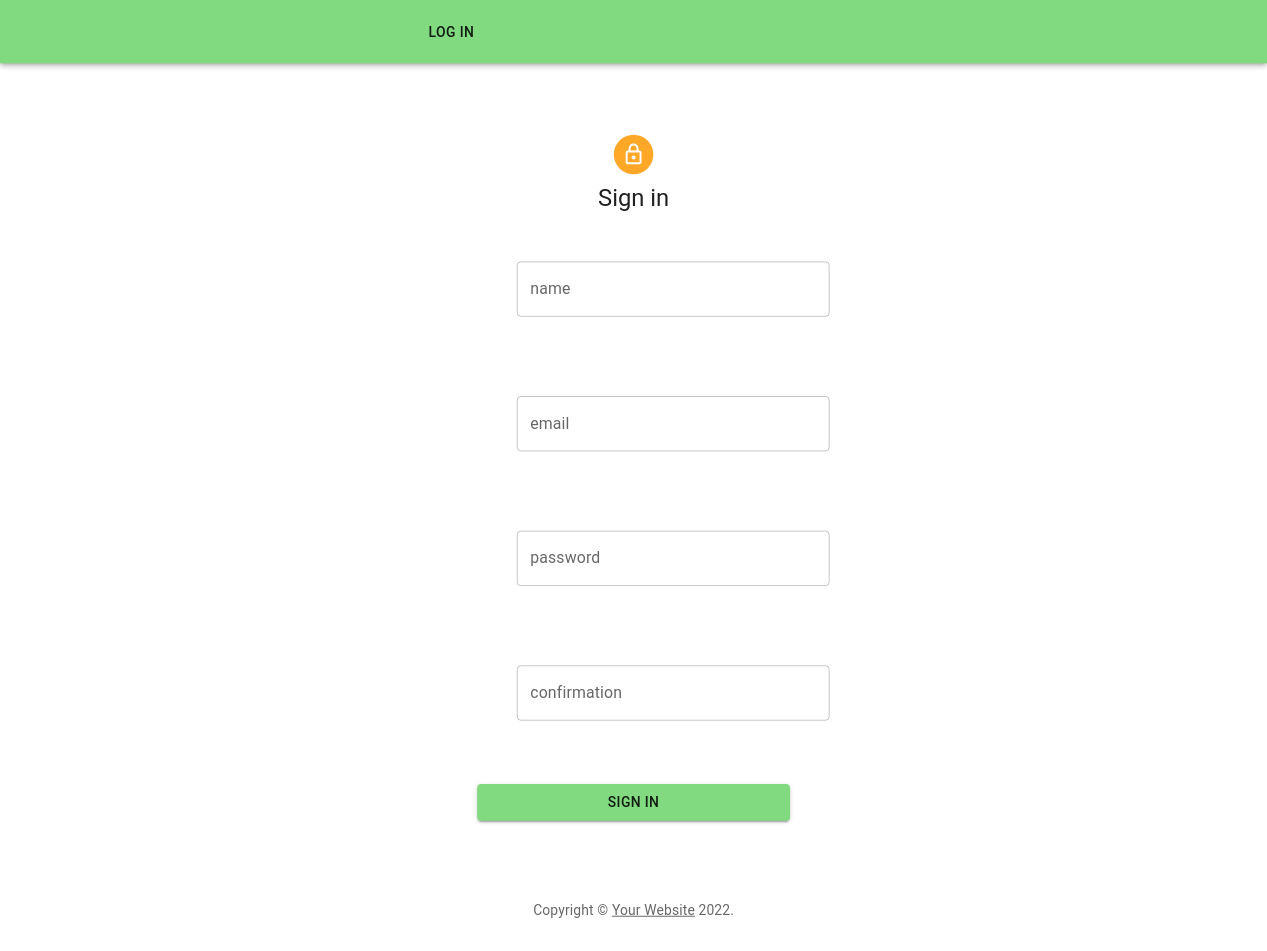
Repository: motohiro0410/motsufood
Page: /signin (app in frontend/)
An editor plug-in stored every save of this project. The page is shown before and after the next save, followed by the edit.
The browser window is 1280 px wide. The pictures show the whole page, at 99% of full size.
The project was rebuilt for these pictures with package versions that can differ from the ones it lists, and the page was loaded fresh each time. Also part of the build but not shown: frontend/src/components/pages/Login.tsx, frontend/src/components/organisms/Footer.tsx, frontend/src/components/organisms/MainHeader.tsx, frontend/src/components/organisms/UserDetailModal.tsx, frontend/src/apis/useCreateCount.ts, frontend/src/components/pages/Count.tsx, frontend/src/components/pages/Money.tsx, frontend/src/components/organisms/GroupHeader.tsx and 8 more.

Above is the page before, as saved 2022-08-21 23:44:27.

After the next save:
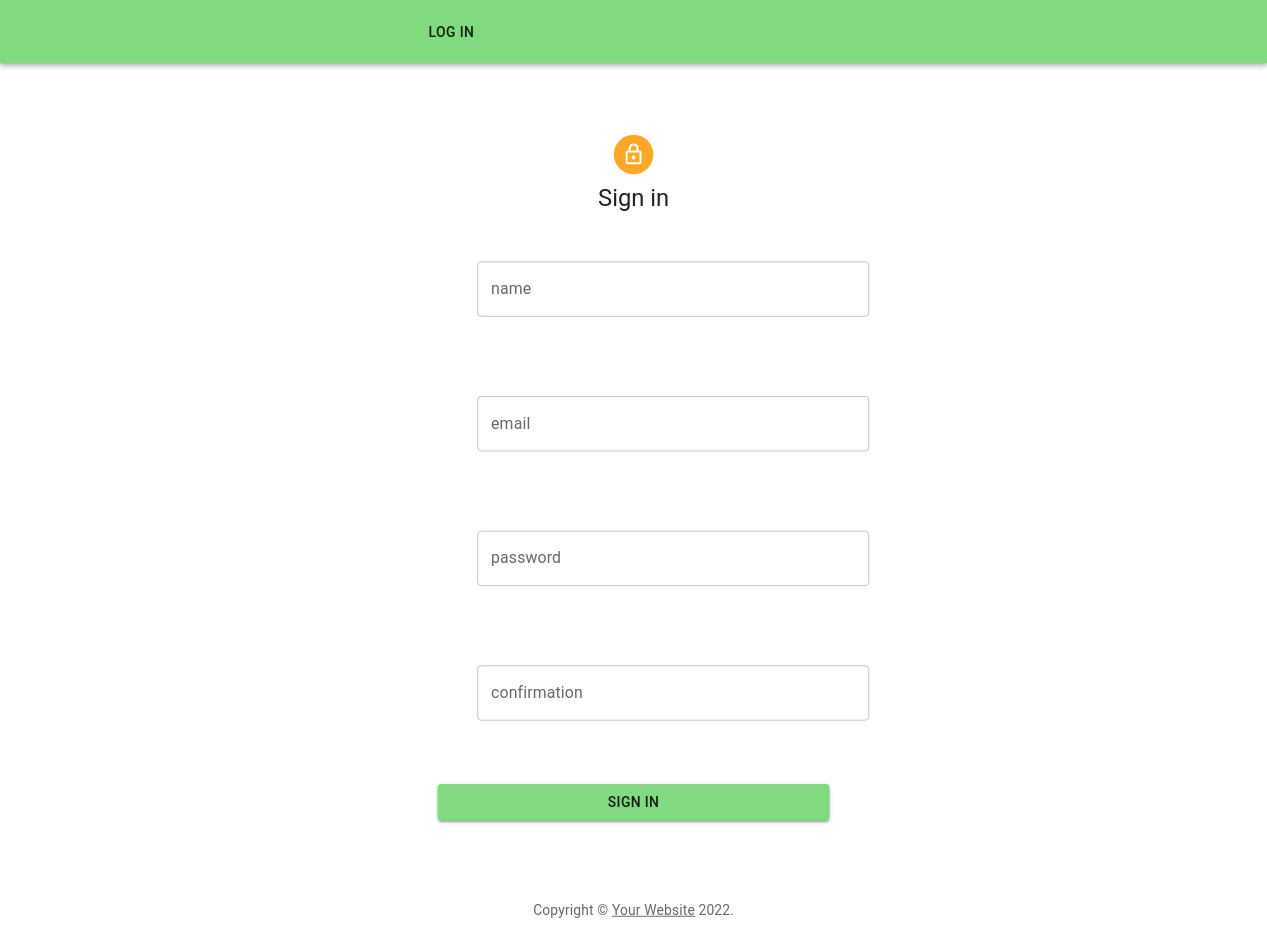
Saved 11 s later.
--- a/frontend/src/components/pages/SignIn.tsx
+++ b/frontend/src/components/pages/SignIn.tsx
@@ -57,7 +57,7 @@ export const SignIn = () => {
             <Typography component="h1" variant="h5">
               Sign in
             </Typography>
-            <Stack component="form" width="80%" onSubmit={handleSubmit} noValidate sx={{ mt: 1 }}>
+            <Stack component="form" width="100%" onSubmit={handleSubmit} noValidate sx={{ mt: 1 }}>
               {/* <TextField
                 margin="normal"
                 required
